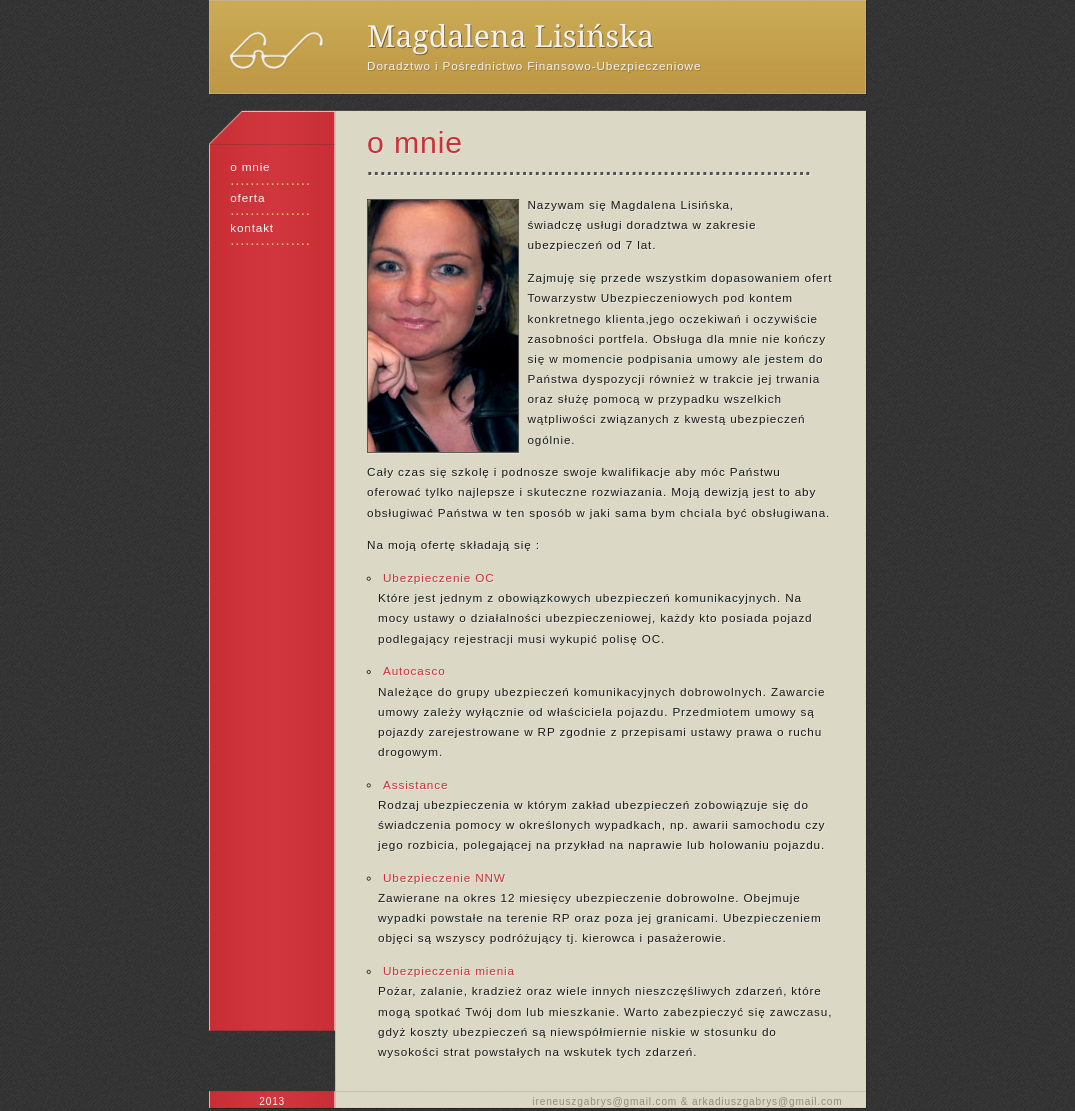
Repository: gabr/php_elicpse_workspace
Page: Magda Lisinska/index.html
An editor plug-in stored every save of this project. The page is shown before and after the next save, followed by the edit.
The browser window is 1280 px wide. The pictures show the whole page, at 84% of full size.

Above is the page before, as saved 2013-03-08 14:18:55.

### Magda Lisinska/index.html
<!DOCTYPE HTML>
<html>
<head>
<meta http-equiv="Content-Type" content="text/html; charset=utf-8">
<title>Magdalena Lisińska</title>
<!--
		<meta name="description" content="Add your sites description here">
		<meta name="keywords" content="Add,your,site,keywords,here">
		<link rel="icon" type="image/x-icon" href="../images/favicon.ico">
		-->
<link rel="stylesheet" type="text/css" href="css/reset.css"
  media="screen">
<link rel="stylesheet" type="text/css" href="css/style.css"
  media="screen">
<!-- <script src="js/jquery-1.9.1.js"></script>
        <script src="js/script.js"></script> -->
<!--[if lt IE 9]>
		<script src="js/html5shiv.js"></script>
		<![endif]-->
</head>

<body>
  <!-- head -->
  <div id="header">
    <a href="index.html" id="glasses"></a> <a href="index.html"
      id="header-title">
      <p id="title">Magdalena Lisińska</p>
      <p id="slogan">Doradztwo i Pośrednictwo
        Finansowo-Ubezpieczeniowe</p>
    </a>
    <div class="clear"></div>
  </div>

  <!-- body -->
  <div id="body">
    <!-- menu -->
    <div id="menu">
      <div id="menu-head"></div>
      <div id="menu-body" style="height: 1055px">
        <div id="menu-margin"></div>
        <ul>
          <li><a href="#">o mnie</a></li>
          <li class="line">................</li>
          <li><a href="#">oferta</a></li>
          <li class="line">................</li>
          <li><a href="kontakt.html">kontakt</a></li>
          <li class="line">................</li>
        </ul>
      </div>
    </div>
    <!-- content -->
    <div id="content">
      <div>
        <h1>o mnie</h1>
        <div class="line">.....................................................................</div>
        <img src="images/magda.jpg" />
        <p>
          Nazywam się Magdalena Lisińska,<br>świadczę usługi
          doradztwa w zakresie ubezpieczeń od 7 lat.
        </p>
        <p>Zajmuję się przede wszystkim dopasowaniem ofert
          Towarzystw Ubezpieczeniowych pod kontem konkretnego
          klienta,jego oczekiwań i oczywiście zasobności portfela.
          Obsługa dla mnie nie kończy się w momencie podpisania umowy
          ale jestem do Państwa dyspozycji również w trakcie jej trwania
          oraz służę pomocą w przypadku wszelkich wątpliwości związanych
          z kwestą ubezpieczeń ogólnie.</p>
        <p>Cały czas się szkolę i podnosze swoje kwalifikacje aby
          móc Państwu oferować tylko najlepsze i skuteczne rozwiazania.
          Moją dewizją jest to aby obsługiwać Państwa w ten sposób w
          jaki sama bym chciala być obsługiwana.</p>
        <p>Na moją ofertę składają się :</p>
        <ul>
          <li><a target="_blank"
            href="http://www.grupa-arda.pl/ubezpieczenia/ubezpieczenia-oc.html?phpMyAdmin=3N6bEaCYBK2Jq4cIqrYr1X8wqk0">Ubezpieczenie
              OC</a>
            <p>Które jest jednym z obowiązkowych ubezpieczeń
              komunikacyjnych. Na mocy ustawy o działalności
              ubezpieczeniowej, każdy kto posiada pojazd podlegający
              rejestracji musi wykupić polisę OC.</p></li>
          <li><a target="_blank"
            href="http://www.grupa-arda.pl/ubezpieczenia/ubezpieczenia-autocasco.html?phpMyAdmin=3N6bEaCYBK2Jq4cIqrYr1X8wqk0">Autocasco</a>
            <p>Należące do grupy ubezpieczeń komunikacyjnych
              dobrowolnych. Zawarcie umowy zależy wyłącznie od
              właściciela pojazdu. Przedmiotem umowy są pojazdy
              zarejestrowane w RP zgodnie z przepisami ustawy prawa o
              ruchu drogowym.</p></li>
          <li><a target="_blank"
            href="http://www.grupa-arda.pl/ubezpieczenia/ubezpieczenia-assistance.html?phpMyAdmin=3N6bEaCYBK2Jq4cIqrYr1X8wqk0">Assistance</a>
            <p>Rodzaj ubezpieczenia w którym zakład ubezpieczeń
              zobowiązuje się do świadczenia pomocy w określonych
              wypadkach, np. awarii samochodu czy jego rozbicia,
              polegającej na przykład na naprawie lub holowaniu pojazdu.</p>
          </li>
          <li><a target="_blank"
            href="http://www.grupa-arda.pl/ubezpieczenia/ubezpieczenia-nnw.html?phpMyAdmin=3N6bEaCYBK2Jq4cIqrYr1X8wqk0">Ubezpieczenie
              NNW</a>
            <p>Zawierane na okres 12 miesięcy ubezpieczenie
              dobrowolne. Obejmuje wypadki powstałe na terenie RP oraz
              poza jej granicami. Ubezpieczeniem objęci są wszyscy
              podróżujący tj. kierowca i pasażerowie.</p></li>
          <li><a target="_blank"
            href="http://www.grupa-arda.pl/ubezpieczenia/ubezpieczenia-mienia.html?phpMyAdmin=3N6bEaCYBK2Jq4cIqrYr1X8wqk0">Ubezpieczenia
              mienia</a>
            <p>Pożar, zalanie, kradzież oraz wiele innych
              nieszczęśliwych zdarzeń, które mogą spotkać Twój dom lub
              mieszkanie. Warto zabezpieczyć się zawczasu, gdyż koszty
              ubezpieczeń są niewspółmiernie niskie w stosunku do
              wysokości strat powstałych na wskutek tych zdarzeń.</p></li>
        </ul>
      </div>
    </div>
    <div class="clear"></div>

    <!-- footer -->
    <div id="footer">
      <div id="left-footer">
        <p>2013</p>
      </div>
      <div id="right-footer">
        <p>ireneuszgabrys@gmail.com &amp;
          arkadiuszgabrys@gmail.com&ensp;&ensp;&ensp;&ensp;</p>
      </div>
      <div class="clear"></div>
    </div>

  </div>

</body>
</html>

### Magda Lisinska/css/reset.css
/*
html5doctor.com Reset Stylesheet
v1.6.1
Last Updated: 2010-09-17
Author: Richard Clark - http://richclarkdesign.com
Twitter: @rich_clark
*/

html, body, div, span, object, iframe,
h1, h2, h3, h4, h5, h6, p, blockquote, pre,
abbr, address, cite, code,
del, dfn, em, img, ins, kbd, q, samp,
small, strong, sub, sup, var,
b, i,
dl, dt, dd, ol, ul, li,
fieldset, form, label, legend,
table, caption, tbody, tfoot, thead, tr, th, td,
article, aside, canvas, details, figcaption, figure,
footer, header, hgroup, menu, nav, section, summary,
time, mark, audio, video {
margin:0;
padding:0;
border:0;
outline:0;
font-size:100%;
vertical-align:baseline;
background:transparent;
}

body {line-height:1;}

article,aside,details,figcaption,figure,
footer,header,hgroup,menu,nav,section {
display:block; zoom:1;
}

nav ul {list-style:none;}

blockquote, q {quotes:none;}

blockquote:before, blockquote:after,
q:before, q:after {
content:'';
content:none;
}

a {
margin:0;
padding:0;
font-size:100%;
vertical-align:baseline;
background:transparent;
}

/* change colours to suit your needs */
ins {
background-color:#ff9;
color:#000;
text-decoration:none;
}

/* change colours to suit your needs */
mark {
background-color:#ff9;
color:#000;
font-style:italic;
font-weight:bold;
}

del {text-decoration: line-through;}

abbr[title], dfn[title] {
border-bottom:1px dotted;
cursor:help;
}

table {
border-collapse:collapse;
border-spacing:0;
}

/* change border colour to suit your needs */
hr {
display:block;
height:1px;
border:0;
border-top:1px solid #cccccc;
margin:1em 0;
padding:0;
}

input, select {
vertical-align:middle;
}

### Magda Lisinska/css/style.css
/*  Main  */
body {
  background: url(../images/background.png);
  color: #000;
  font-family: Arial, Helvetica, sans-serif;
  font-size: 14px;
  letter-spacing: 1px;
}

p {
  color: #181818;
  text-align: left;
  margin: 0px 0px 15px 0px;
  line-height: 24px;
}

img {
  height: 300px;
}

a {
  color: #cb3138;
  text-decoration: none;
}

a:hover {
  text-decoration: underline;
}

h1 {
  margin: 20px 0px 0px 0px;
  font-size: 36px;
  color: #cb3138;
  font-weight: normal;
}

img {
  float: left;
  margin: 5px 10px 0px 0px;
  border: 1px solid #363636;
  box-shadow: 1px 1px 0px rgba(255, 255, 255, 0.5);
}

.line {
  -webkit-touch-callout: none;
  -webkit-user-select: none;
  -khtml-user-select: none;
  -moz-user-select: none;
  -ms-user-select: none;
  user-select: none;
}

.clear {
  clear: both;
}

/* Header */
#header {
  background: url(../images/header.jpg);
  width: 780px;
  height: 110px;
  margin: 0 auto;
  border: 1px solid #dbc89a;
  box-shadow: 1px 1px 0px rgba(0, 0, 0, 0.4)
}

#glasses {
  background: url(../images/glasses.png);
  width: 112px;
  height: 45px;
  margin: 37px 0px 0px 23px;
  display: block;
  outline: none;
  float: left;
}

#header-title {
  float: left;
  margin: 30px 0px 0px 52px;
  outline: none;
  text-decoration: none;
}

#title {
  margin: 0px 0px 0px 0px;
  color: #f1f1f1;
  text-shadow: 1px 1px 0px rgba(0, 0, 0, 0.4);
  font-family: Georgia, Times New Roman, Times;
  font-size: 36px;
  letter-spacing: 0px;
}

#slogan {
  color: #f1f1f1;
  text-shadow: 1px 1px 0px rgba(0, 0, 0, 0.2);
  margin: 11px 0px 0px 0px;
}

/* Body */
#body {
  margin: 0 auto;
  margin-top: 20px;
  width: 782px;
  box-shadow: 1px 1px 0px rgba(0, 0, 0, 0.4);
}

/* Menu */
#menu {
  float: left;
  width: 150px;
}

#menu-head {
  background: url(../images/menu_head.png);
  height: 40px;
}

#menu-body {
  background: url(../images/menu.jpg);
  min-height: 200px;
}

#menu-margin {
  height: 20px;
}

#menu-body ul {
  width: 100px;
  margin: 0 auto;
  list-style: none;
}

#menu-body a {
  color: #f7f7f7;
  text-decoration: none;
}

#menu-body li>a:hover {
  font-weight: bold;
}

#menu-body li.line {
  font-size: 18px;
  color: #f7cb61;
  margin: -1px 0px 5px 0px;
}

/* Content */
#content {
  float: left;
  width: 632px;
  min-height: 200px;
  background: #dbd8c5;
  text-shadow: 1px 1px 0px rgba(255, 255, 255, 0.5);
  padding-bottom: 20px;
}

#content>div {
  margin: 0px 38px 0px 38px;
}

#content .line {
  margin: 0px 0px 20px 0px;
  font-size: 24px;
  color: #4f4f4f;
  font-weight: bold;
}

#content ul {
  list-style-type: circle;
  list-style-position: inside;
}

#content ul li {
  text-decoration: none;
  font-family: Arial, Helvetica, sans-serif;
  font-size: 14px;
  letter-spacing: 1px;
  color: #181818;
  text-align: left;
  margin: 0px 0px 15px 0px;
  line-height: 24px;
}

#content ul li p {
  margin-left: 13px;
}

#content iframe {
  margin: 20px auto 2px auto;
}

#google-maps {
  float: right;
  margin-right: 6px;
}

/* Footer */
#footer {
  width: 782px;
}

#left-footer {
  background: url(../images/menu.jpg);
  width: 150px;
  height: 20px;
  float: left;
}

#left-footer p {
  color: #f7f7f7;
  text-align: center;
  font-size: 12px;
}

#right-footer {
  float: right;
  width: 632px;
  height: 20px;
  background: #dbd8c5;
}

#right-footer p {
  color: #918e7e;
  text-align: right;
  font-size: 12px;
}

After the next save:
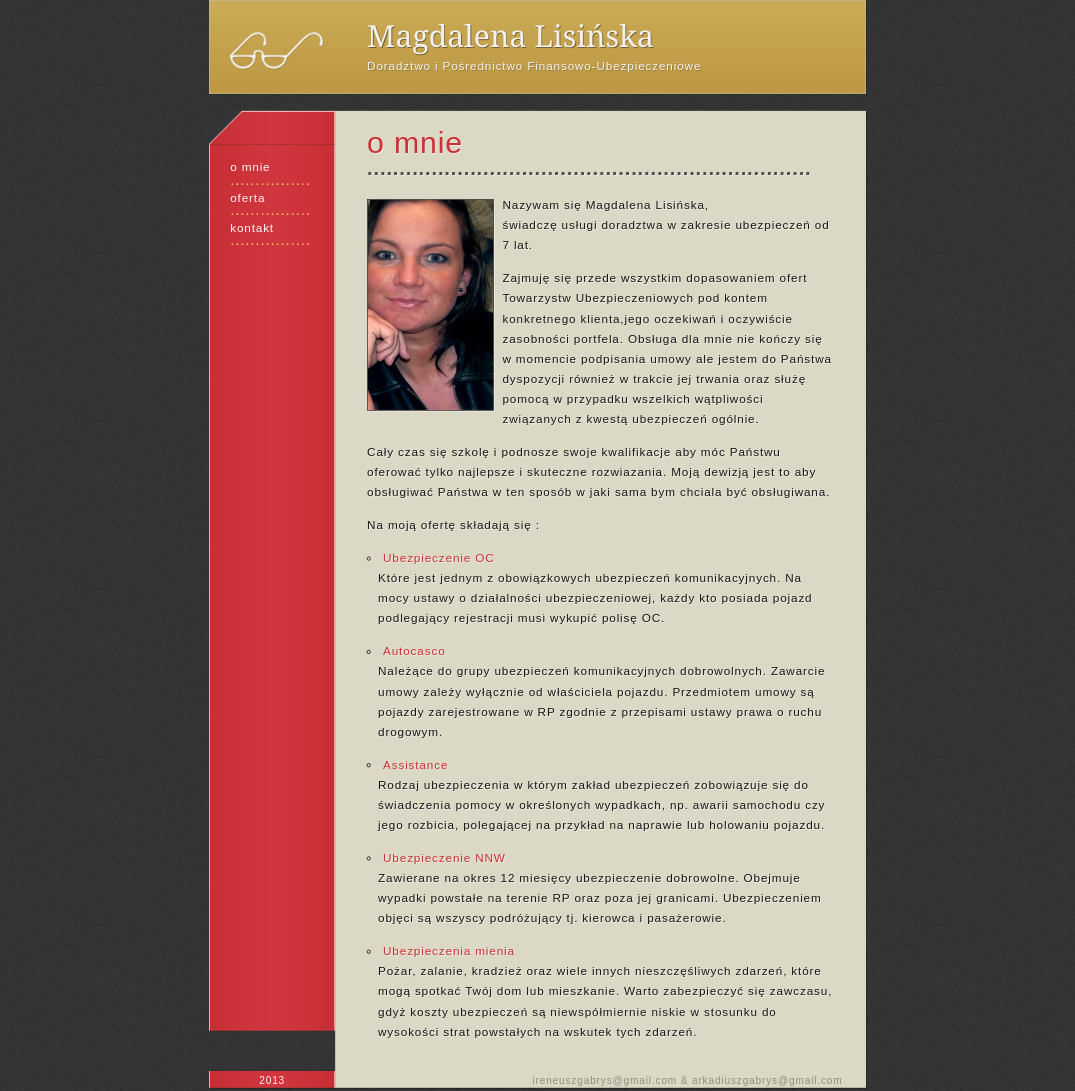
Saved 16 s later.
--- a/Magda Lisinska/css/style.css
+++ b/Magda Lisinska/css/style.css
@@ -15,7 +15,7 @@ p {
 }
 
 img {
-  height: 300px;
+  height: 250px;
 }
 
 a {
